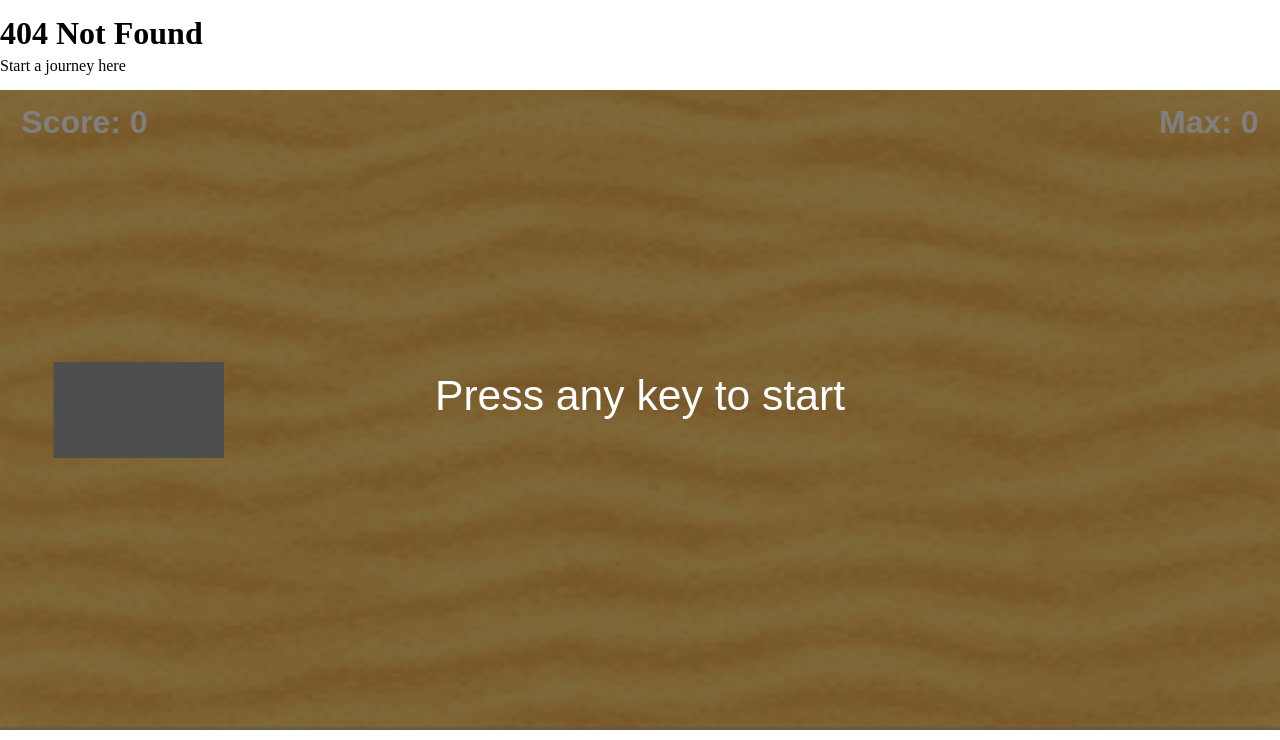
Repository: btgoo/game
Page: car.html
These files come from the project's save history. The page is drawn as it stood at one moment and after the next save; the edit follows.
The browser window is 1280 px wide. The pictures show the whole page.

Above is the page before, as saved 2025-10-26 02:27:01.

After the next save:
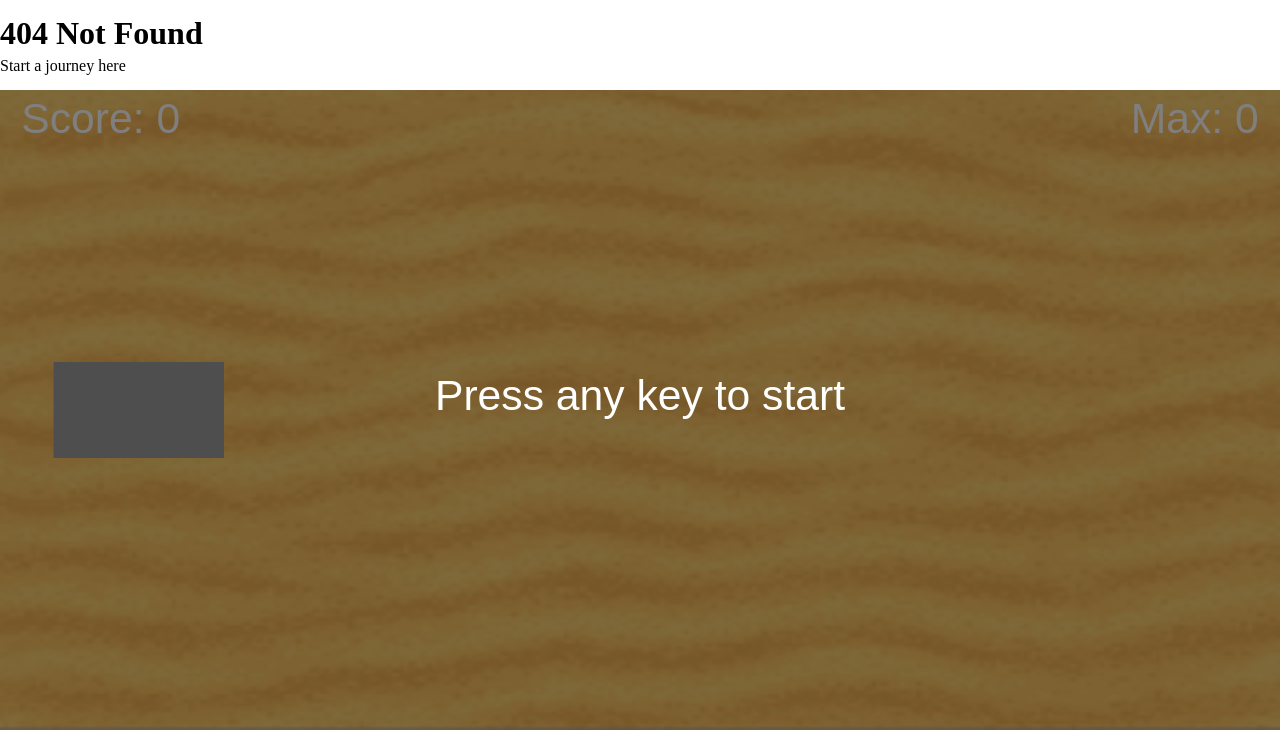
Saved 9 s later.
--- a/carscript.js
+++ b/carscript.js
@@ -127,7 +127,7 @@
     ctx.drawImage(backgroundImg, bgX + bgWidth, 0, bgWidth, bgHeight);
 
     ctx.fillStyle = "white";
-    ctx.font = `bold ${30 * scaleRatio}px Arial`;
+    ctx.font = `bold ${30 * scaleRatio}px `;
     ctx.textAlign = "left";
     ctx.fillText(`Score: ${score}`, 20 * scaleRatio, 40 * scaleRatio);
 

After the save that followed:
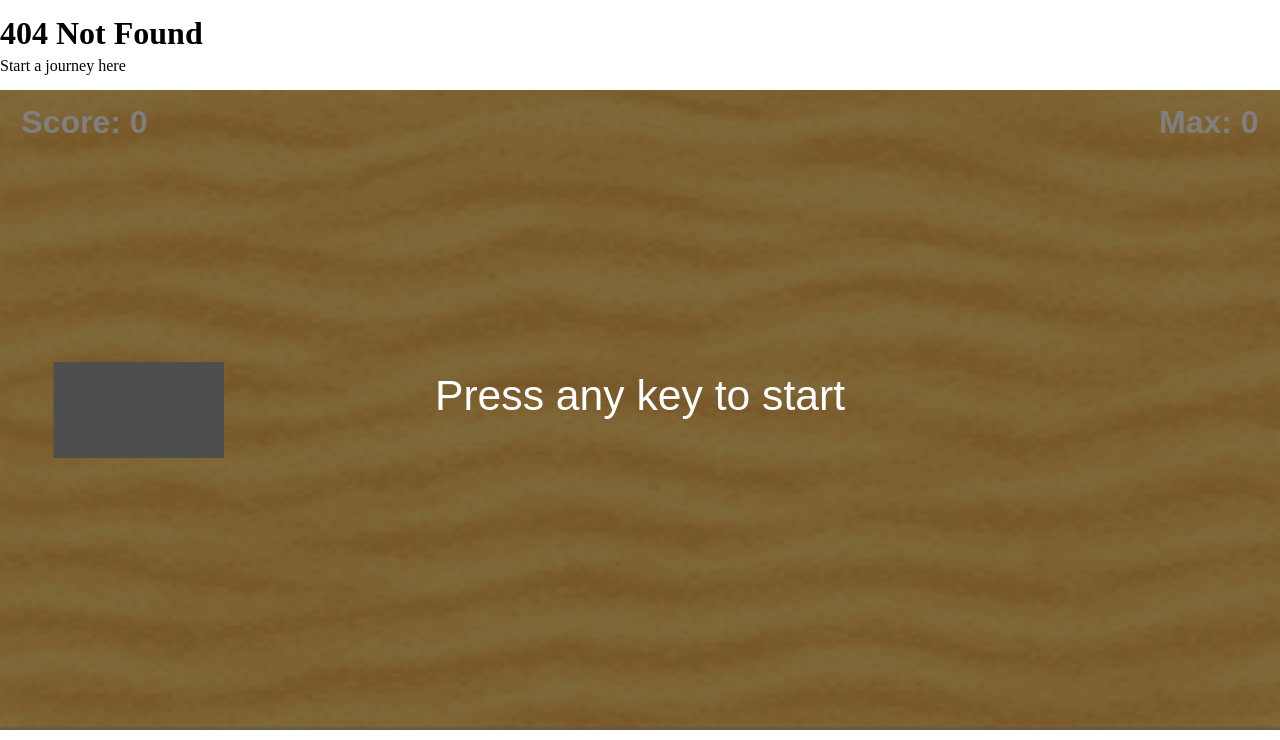
Saved 4 s later.
--- a/carscript.js
+++ b/carscript.js
@@ -127,7 +127,7 @@
     ctx.drawImage(backgroundImg, bgX + bgWidth, 0, bgWidth, bgHeight);
 
     ctx.fillStyle = "white";
-    ctx.font = `bold ${30 * scaleRatio}px `;
+    ctx.font = `bold ${30 * scaleRatio}px Arial`;
     ctx.textAlign = "left";
     ctx.fillText(`Score: ${score}`, 20 * scaleRatio, 40 * scaleRatio);
 
